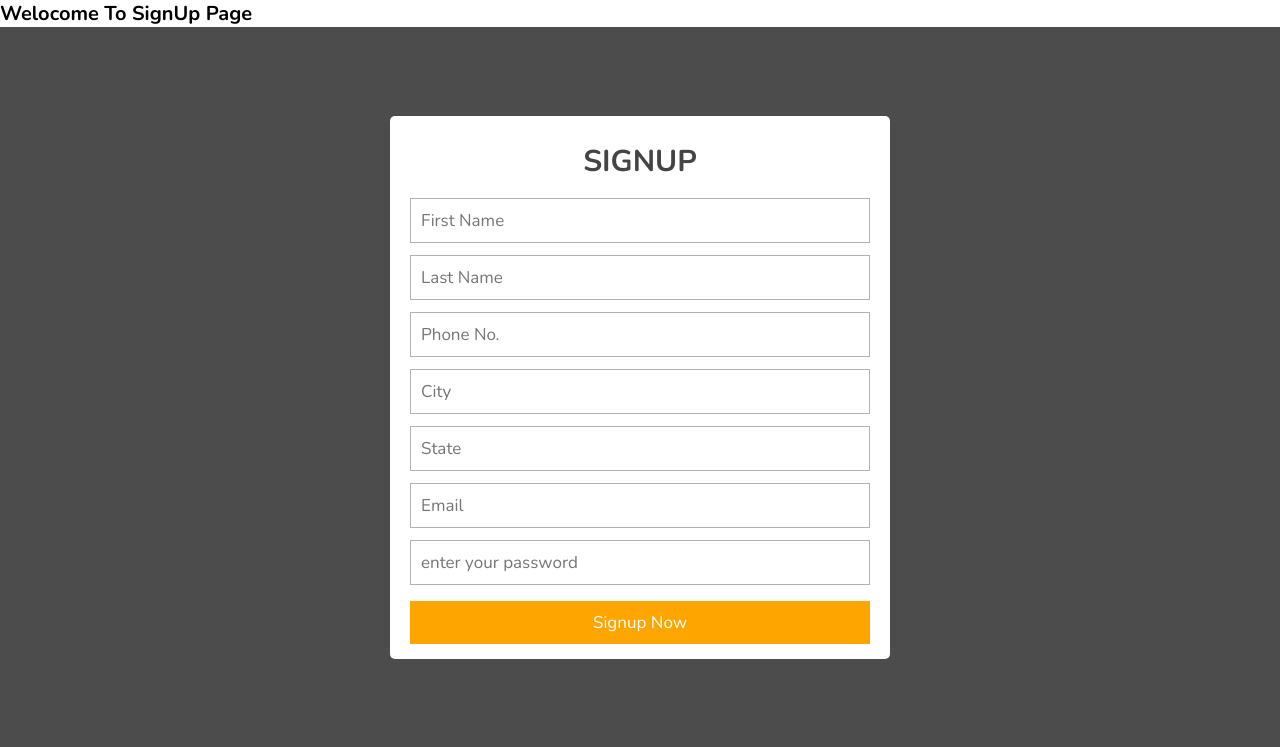
Repository: vksh-chandra/Travel-Tourism
Page: tatms/src/main/webapp/signup.html
The author's editor kept a copy of each file at every save. The page is drawn from the files as they stood at one save, then again after the next save.
The browser window is 1280 px wide. The pictures show the whole page.

Above is the page before, as saved 2022-07-15 12:25:22.

### tatms/src/main/webapp/signup.html
<!DOCTYPE html>
<html>
<head>
	<meta charset="UTF-8">
    <meta name="viewport" content="width=device-width, initial-scale=1.0">
	<title>SignUp</title>

    <link rel="stylesheet" href="https://unpkg.com/swiper/swiper-bundle.min.css" />

    <!-- font awesome cdn link  -->
    <link rel="stylesheet" href="https://cdnjs.cloudflare.com/ajax/libs/font-awesome/5.15.3/css/all.min.css">

    <!-- custom css file link  -->
    <link rel="stylesheet" href="WEB-INF/style.css">
</head>
<body>
	<h1>Welocome to SignUp page</h1>
	<!-- SignUp FORM -->
	<div class="signup-form-container">

	    <form action="">
	        <h3>SignUp</h3>
	        <input type="text" class="box" placeholder="First Name">
	        <br>
	        <input type="text" class="box" placeholder="Last Name">
	        <br>
	        <input type="text" class="box" placeholder="Phone No.">
	        <br>
	        <input type="text" class="box" placeholder="City">
	        <br>
	        <input type="text" class="box" placeholder="State">
	        <br>
	        <input type="email" class="box" placeholder="Email">
	        <br>
	        <input type="password" class="box" placeholder="enter your password">
	        <br>

	        <input type="submit" value="signup now" class="btn">
	    </form>
	</div>

</body>
</html>

### tatms/src/main/webapp/WEB-INF/style.css
@import url('https://fonts.googleapis.com/css2?family=Nunito:wght@200;300;400;600;700&display=swap');

:root{
  --orange:#ffa500;
}

*{
  font-family: 'Nunito', sans-serif;
  margin:0; padding:0;
  box-sizing: border-box;
  text-transform: capitalize;
  outline: none; border:none;
  text-decoration: none;
  transition: all .2s linear;
}

*::selection{
  background:var(--orange);
  color:#fff;
}

html{
  font-size: 62.5%;
  overflow-x: hidden;
  scroll-padding-top: 6rem;
  scroll-behavior: smooth;
}

section{
  padding:2rem 9%;
}

.heading{
  text-align: center;
  padding:2.5rem 0
}

.heading span{
  font-size: 3.5rem;
  background:rgba(255, 165, 0,.2);
  color:var(--orange);
  border-radius: .5rem;
  padding:.2rem 1rem;
}

.heading span.space{
  background:none;
}

.btn{
  display: inline-block;
  margin-top: 1rem;
  background:var(--orange);
  color:#fff;
  padding:.8rem 3rem;
  border:.2rem solid var(--orange);
  cursor: pointer;
  font-size: 1.7rem;
}

.btn:hover{
  background:rgba(255, 165, 0,.2);
  color:var(--orange);
}

header{
  position: fixed;
  top:0; left: 0; right:0;
  background:#333;
  z-index: 1000;
  display: flex;
  align-items: center;
  justify-content: space-between;
  padding:2rem 9%;
}

header .logo{
  font-size: 2.5rem;
  font-weight: bolder;
  color:#fff;
  text-transform: uppercase;
}

header .logo span{
  color:var(--orange);
}

header .navbar a{
  color:#fff;
  font-size: 2rem;
  margin:0 .8rem;
}

header .navbar a:hover{
  color:var(--orange);
}

header .icons i{
  font-size: 2.5rem;
  color:#fff;
  cursor: pointer;
  margin-right: 2rem;
}

header .icons i:hover{
  color:var(--orange);
}


.login-form-container{
  top:-120%; left: 0;
  z-index: 10000;
  min-height: 100vh;
  width:100%;
  background:rgba(0,0,0,.7);
  display: flex;
  align-items: center;
  justify-content: center;
}

.login-form-container.active{
  top:0;
}

.login-form-container form{
  margin:2rem;
  padding:1.5rem 2rem;
  border-radius: .5rem;
  background:#fff;
  width:50rem;
}

.login-form-container form h3{
  font-size: 3rem;
  color:#444;
  text-transform: uppercase;
  text-align: center;
  padding:1rem 0;
}

.login-form-container form .box{
  width:100%;
  padding:1rem;
  font-size: 1.7rem;
  color:#333;
  margin:.6rem 0;
  border:.1rem solid rgba(0,0,0,.3);
  text-transform: none;
}

.login-form-container form .box:focus{
  border-color: var(--orange);;
}

.login-form-container form #remember{
  margin:2rem 0;
}

.login-form-container form label{
  font-size: 1.5rem;
}

.login-form-container form .btn{
  display: block;
  width:100%;
}

.login-form-container form p{
  padding:.5rem 0;
  font-size: 1.5rem;
  color:#666;
}

.login-form-container form p a{
  color:var(--orange);
}

.login-form-container form p a:hover{
  color:#333;
  text-decoration: underline;
}

.login-form-container #form-close{
  position: absolute;
  top:2rem; right:3rem;
  font-size: 5rem;
  color:#fff;
  cursor: pointer;
}

/** SIGN UP **/

.signup-form-container{
  top:-120%; left: 0;
  z-index: 10000;
  min-height: 100vh;
  width:100%;
  background:rgba(0,0,0,.7);
  display: flex;
  align-items: center;
  justify-content: center;
}

.signup-form-container.active{
  top:0;
}

.signup-form-container form{
  margin:2rem;
  padding:1.5rem 2rem;
  border-radius: .5rem;
  background:#fff;
  width:50rem;
}

.signup-form-container form h3{
  font-size: 3rem;
  color:#444;
  text-transform: uppercase;
  text-align: center;
  padding:1rem 0;
}

.signup-form-container form .box{
  width:100%;
  padding:1rem;
  font-size: 1.7rem;
  color:#333;
  margin:.6rem 0;
  border:.1rem solid rgba(0,0,0,.3);
  text-transform: none;
}

.signup-form-container form .box:focus{
  border-color: var(--orange);;
}

.login-form-container form #remember{
  margin:2rem 0;
}

.signup-form-container form label{
  font-size: 1.5rem;
}

.signup-form-container form .btn{
  display: block;
  width:100%;
}

.signup-form-container form p{
  padding:.5rem 0;
  font-size: 1.5rem;
  color:#666;
}

.signup-form-container form p a{
  color:var(--orange);
}

.signup-form-container form p a:hover{
  color:#333;
  text-decoration: underline;
}

.signup-form-container #form-close{
  position: absolute;
  top:2rem; right:3rem;
  font-size: 5rem;
  color:#fff;
  cursor: pointer;
}


#menu-bar{
  color:#fff;
  border:.1rem solid #fff;
  border-radius: .5rem;
  font-size: 3rem;
  padding:.5rem 1.2rem;
  cursor: pointer;
  display: none;
}

.home{
  min-height: 100vh;
  display: flex;
  align-items: center;
  justify-content: center;
  flex-flow: column;
  position: relative;
  z-index: 0;
}

.home .content{
  text-align: center;
}

.home .content h3{
  font-size: 4.5rem;
  color:#fff;
  text-transform: uppercase;
  text-shadow: 0 .3rem .5rem rgba(0,0,0,.1);
}

.home .content p{
  font-size: 2.5rem;
  color:#fff;
  padding:.5rem 0;
}

.home .video-container video{
  position: absolute;
  top:0; left: 0;
  z-index: -1;
  height: 100%;
  width:100%;
  object-fit: cover;
}

.home .controls{
  padding:1rem;
  border-radius: 5rem;
  background:rgba(0,0,0,.7);
  position: relative;
  top:10rem;
}

.home .controls .vid-btn{
  height:2rem;
  width:2rem;
  display: inline-block;
  border-radius: 50%;
  background:#fff;
  cursor: pointer;
  margin:0 .5rem;
}

.home .controls .vid-btn.active{
  background:var(--orange);
}

.book .row{
  display: flex;
  flex-wrap: wrap;
  gap:1.5rem;
  align-items: center;
}

.book .row .image{
  flex:1 1 40rem;
}

.book .row .image img{
  width:100%;
}

.book .row form{
  flex:1 1 40rem;
  padding:2rem;
  box-shadow: 0 1rem 2rem rgba(0,0,0,.1);
  border-radius: .5rem;
}

.book .row form .inputBox{
  padding:.5rem 0;
}

.book .row form .inputBox input{
  width:100%;
  padding:1rem;
  border:.1rem solid rgba(0,0,0,.1);
  font-size: 1.7rem;
  color:#333;
  text-transform: none;
}

.book .row form .inputBox h3{
  font-size: 2rem;
  padding:1rem 0;
  color:#666;
}

.packages .box-container{
  display: flex;
  flex-wrap: wrap;
  gap:2rem;
}

.packages .box-container .box{
  flex:1 1 30rem;
  border-radius: .5rem;
  overflow: hidden;
  box-shadow: 0 1rem 2rem rgba(0,0,0,.1);
}

.packages .box-container .box img{
  height: 25rem;
  width:100%;
  object-fit: cover;
}

.packages .box-container .box .content{
  padding:2rem;
}

.packages .box-container .box .content h3{
  font-size:2rem;
  color:#333;
}

.packages .box-container .box .content h3 i{
  color:var(--orange);
}

.packages .box-container .box .content p{
  font-size:1.7rem;
  color:#666;
  padding:1rem 0;
}

.packages .box-container .box .content .stars i{
  font-size:1.7rem;
  color:var(--orange);
}

.packages .box-container .box .content .price{
  font-size: 2rem;
  color:#333;
  padding-top: 1rem;
}

.packages .box-container .box .content .price span{
  color:#666;
  font-size: 1.5rem;
  text-decoration: line-through;
}

.services .box-container{
  display: flex;
  flex-wrap: wrap;
  gap:1.5rem;
}

.services .box-container .box{
  flex: 1 1 30rem;
  border-radius: .5rem;
  padding:1rem;
  text-align: center;
}

.services .box-container .box i{
  padding:1rem;
  font-size: 5rem;
  color:var(--orange);
}

.services .box-container .box h3{
  font-size: 2.5rem;
  color:#333;
}

.services .box-container .box p{
  font-size: 1.5rem;
  color:#666;
  padding:1rem 0;
}

.services .box-container .box:hover{
  box-shadow: 0 1rem 2rem rgba(0,0,0,.1);
}

.gallery .box-container{
  display: flex;
  flex-wrap: wrap;
  gap:1.5rem;
}

.gallery .box-container .box{
  overflow: hidden;
  box-shadow: 0 1rem 2rem rgba(0,0,0,.1);
  border:1rem solid #fff;
  border-radius: .5rem;
  flex:1 1 30rem;
  height: 25rem;
  position: relative;
}

.gallery .box-container .box img{
  height: 100%;
  width:100%;
  object-fit: cover;
}

.gallery .box-container .box .content{
  position: absolute;
  top:-100%; left:0;
  height: 100%;
  width:100%;
  text-align: center;
  background:rgba(0,0,0,.7);
  padding:2rem;
  padding-top: 5rem;
}

.gallery .box-container .box:hover .content{
  top:0;
}

.gallery .box-container .box .content h3{
  font-size: 2.5rem;
  color:var(--orange);
}

.gallery .box-container .box .content p{
  font-size: 1.5rem;
  color:#eee;
  padding:.5rem 0;
}

.review .review-slider{
  padding-bottom: 2rem;
}

.review .box{
  padding:2rem;
  text-align: center;
  box-shadow: 0 1rem 2rem rgba(0,0,0,.1);
  border-radius: .5rem;
}

.review .box img{
  height:13rem;
  width:13rem;
  border-radius: 50%;
  object-fit: cover;
  margin-bottom: 1rem;
}

.review .box h3{
  color:#333;
  font-size: 2.5rem;
}

.review .box p{
  color:#666;
  font-size: 1.5rem;
  padding:1rem 0;
}

.review .box .stars i{
  color:var(--orange);
  font-size: 1.7rem;
}

.contact .row{
  display: flex;
  flex-wrap: wrap;
  gap:1.5rem;
  align-items: center;
}

.contact .row .image{
  flex:1 1 35rem;
}

.contact .row .image img{
  width:100%;
}

.contact .row form{
  flex:1 1 50rem;
  padding:2rem;
  box-shadow: 0 1rem 2rem rgba(0,0,0,.1);
  border-radius: .5rem;
}

.contact .row form .inputBox{
  display: flex;
  flex-wrap: wrap;
  justify-content: space-between;
}

.contact .row form .inputBox input, .contact .row form textarea{
  width:49%;
  margin:1rem 0;
  padding:1rem;
  font-size: 1.7rem;
  color:#333;
  background:#f7f7f7;
  text-transform: none;
}

.contact .row form textarea{
  height: 15rem;
  resize: none;
  width:100%;
}

.brand-container{
  text-align: center;
}

.footer{
  background:#333;
}

.footer .box-container{
  display: flex;
  flex-wrap: wrap;
  gap:1.5rem;
}

.footer .box-container .box{
  padding:1rem 0;
  flex:1 1 25rem;
}

.footer .box-container .box h3{
  font-size: 2.5rem;
  padding:.7rem 0;
  color:#fff;
}

.footer .box-container .box p{
  font-size: 1.5rem;
  padding:.7rem 0;
  color:#eee;
}

.footer .box-container .box a{
  display: block;
  font-size: 1.5rem;
  padding:.7rem 0;
  color:#eee;
}

.footer .box-container .box a:hover{
  color:var(--orange);
  text-decoration: underline;
}

.footer .credit{
  text-align: center;
  padding:2rem 1rem;
  margin-top: 1rem;
  font-size: 2rem;
  font-weight: normal;
  color:#fff;
  border-top: .1rem solid rgba(255,255,255,.2);
}

.footer .credit span{
  color:var(--orange);
}
















/* media queries  */

@media (max-width:1200px){

  html{
    font-size: 55%;
  }

}

@media (max-width:991px){

  header{
    padding:2rem;
  }

  section{
    padding:2rem;
  }

}

@media (max-width:768px){

  #menu-bar{
    display: initial;
  }

  header .navbar{
    position: absolute;
    top:100%; right:0; left: 0;
    background: #333;
    border-top: .1rem solid rgba(255,255,255,.2);
    padding:1rem 2rem;
    clip-path: polygon(0 0, 100% 0, 100% 0, 0 0);
  }

  header .navbar.active{
    clip-path: polygon(0 0, 100% 0, 100% 100%, 0 100%);
  }

  header .navbar a{
    display: block;
    border-radius: .5rem;
    padding:1.5rem;
    margin:1.5rem 0;
    background:#222;
  }

}

@media (max-width:450px){

  html{
    font-size: 50%;
  }

  .heading span{
    font-size: 2.5rem;
  }

  .contact .row form .inputBox input{
    width:100%;
  }

}

After the next save:
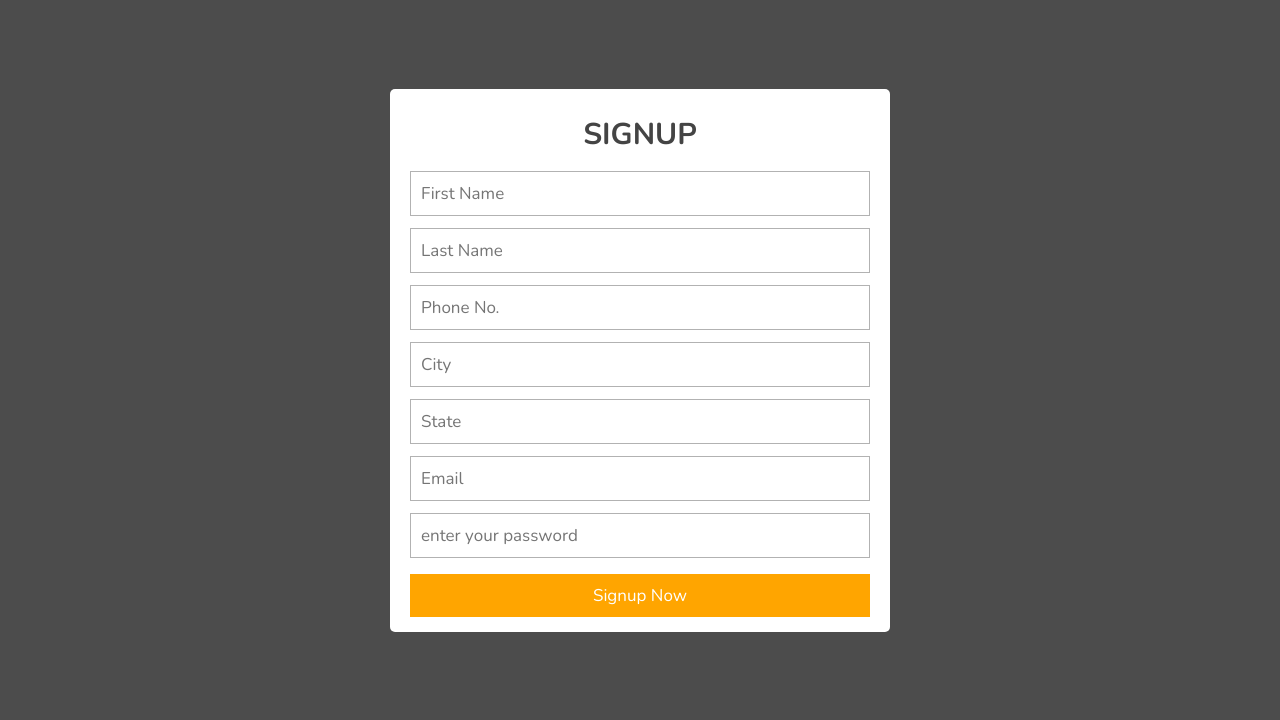
Saved 96 s later.
--- a/tatms/src/main/webapp/signup.html
+++ b/tatms/src/main/webapp/signup.html
@@ -14,7 +14,6 @@
     <link rel="stylesheet" href="WEB-INF/style.css">
 </head>
 <body>
-	<h1>Welocome to SignUp page</h1>
 	<!-- SignUp FORM -->
 	<div class="signup-form-container">
 
